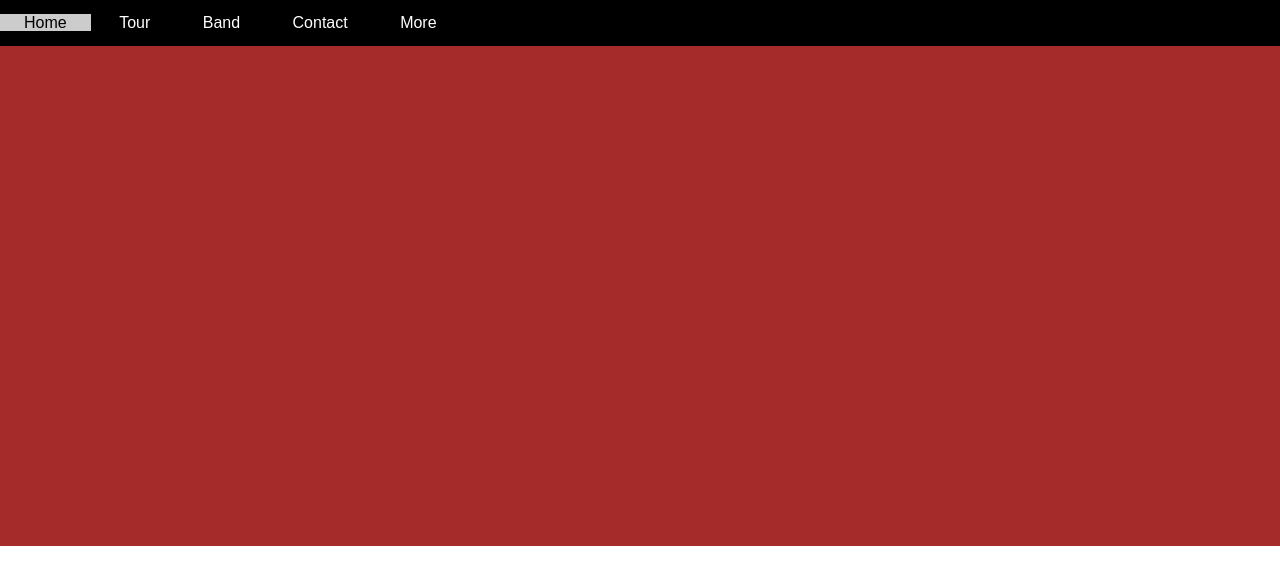
Repository: maivannhan1998/git-w3band
Page: index.html
These files come from the project's save history. The page is drawn as it stood at one moment and after the next save; the edit follows.
The browser window is 1280 px wide. The pictures show the whole page.

Above is the page before, as saved 2021-09-04 18:41:29.

### index.html
<!DOCTYPE html>
<html lang="en">
<head>
    <meta charset="UTF-8">
    <meta http-equiv="X-UA-Compatible" content="IE=edge">
    <meta name="viewport" content="width=device-width, initial-scale=1.0">
    <title>Document</title>
    <link rel="stylesheet" href="./asset/css/style.css">
</head>
<body>
    <div id="main">
        <div id="header">
            <ul id="nav">
                <li><a href="">Home</a></li>
                <li><a href="">Tour</a></li>
                <li><a href="">Band</a></li>
                <li><a href="">Contact</a></li>
                <li><a href="">More</a>
                    <ul class="subnav">
                        <li><a href="">Merchandise</a></li>
                        <li><a href="">Extras</a></li>
                        <li><a href="">Media</a></li>
                    </ul>
                </li>
            </ul>
        </div>

        <div id="slider">

        </div>

        <div id="content">

        </div>

        <div id="footer">

        </div>
    </div>
</body>
</html>

### asset/css/style.css
/* Reset CSS*/
*{
    padding: 0;
    margin: 0;
    box-sizing: border-box;
}

html{
    font-family: Arial, Helvetica, sans-serif;
}

#main{

}

#header{
    height: 46px;
    background-color: #000;
}

#nav > li {
    display: inline-block;
}

#nav li{
    /* display: inline-block; */
}

#nav li a {
    color: #fff;
    text-decoration: none;
    padding: 0 24px;
    line-height: 46px;
}

#nav li:hover a {
    color: #000;
    background-color: #ccc;
}

#nav .subnav {
    display: none;
}

#slider{
   min-height: 500px;
   background-color: brown;
}

#content{

}

#footer{

}

After the next save:
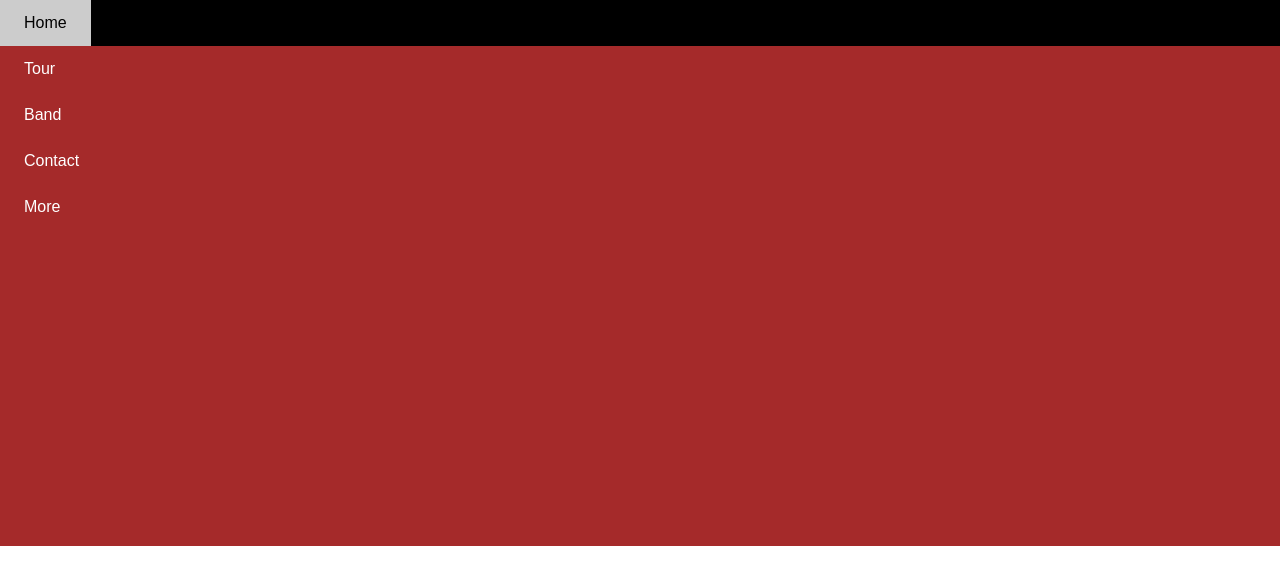
Saved 9 s later.
--- a/asset/css/style.css
+++ b/asset/css/style.css
@@ -18,7 +18,7 @@
     background-color: #000;
 }
 
-#nav > li {
+#nav > li > a{
     display: inline-block;
 }
 

After the save that followed:
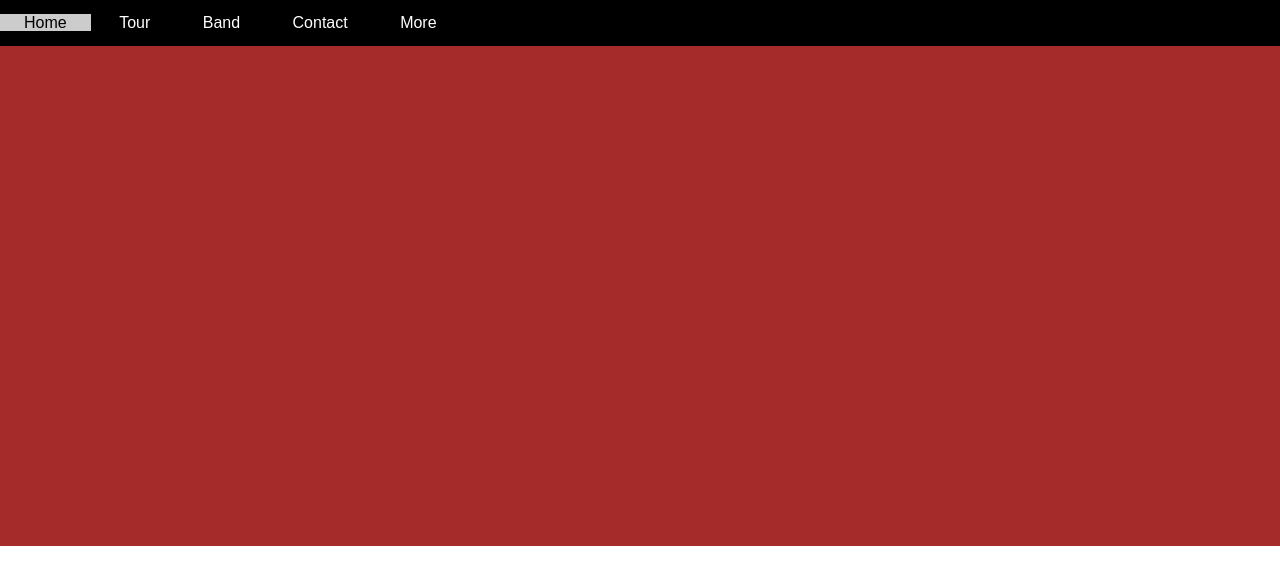
Saved 4 s later.
--- a/asset/css/style.css
+++ b/asset/css/style.css
@@ -18,7 +18,7 @@
     background-color: #000;
 }
 
-#nav > li > a{
+#nav > li {
     display: inline-block;
 }
 
